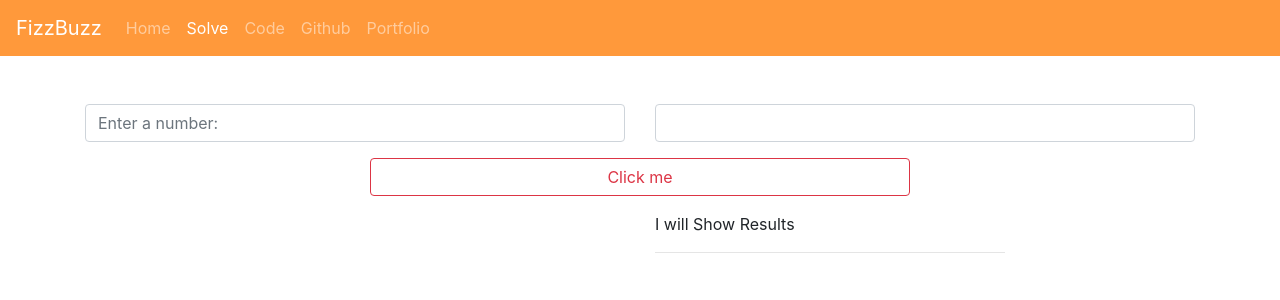
Repository: zhadjah9559/FizzBuzz
Page: solve.html
These files come from the project's save history. The page is drawn as it stood at one moment and after a run of saves; the edit follows.
The browser window is 1280 px wide. The pictures show the whole page.

Above is the page before, as saved 2021-01-12 11:39:50.

After the next 4 saves:
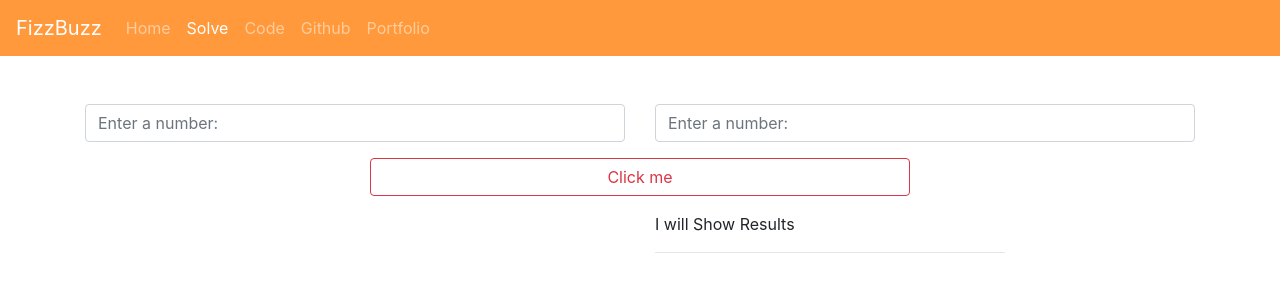
The 4 saves are shown as one change because they came seconds apart.
The last was saved 15 min 39 s later.
--- a/solve.html
+++ b/solve.html
@@ -47,7 +47,7 @@
                 <input class="form-control" id="input1" placeholder="Enter a number:" type="number"/>
             </div>
             <div class="col form-group">
-                <input class="form-control" id="input2">
+                <input class="form-control" id="input2" placeholder="Enter a number:" type="number"/>
             </div>
         </div>
 
